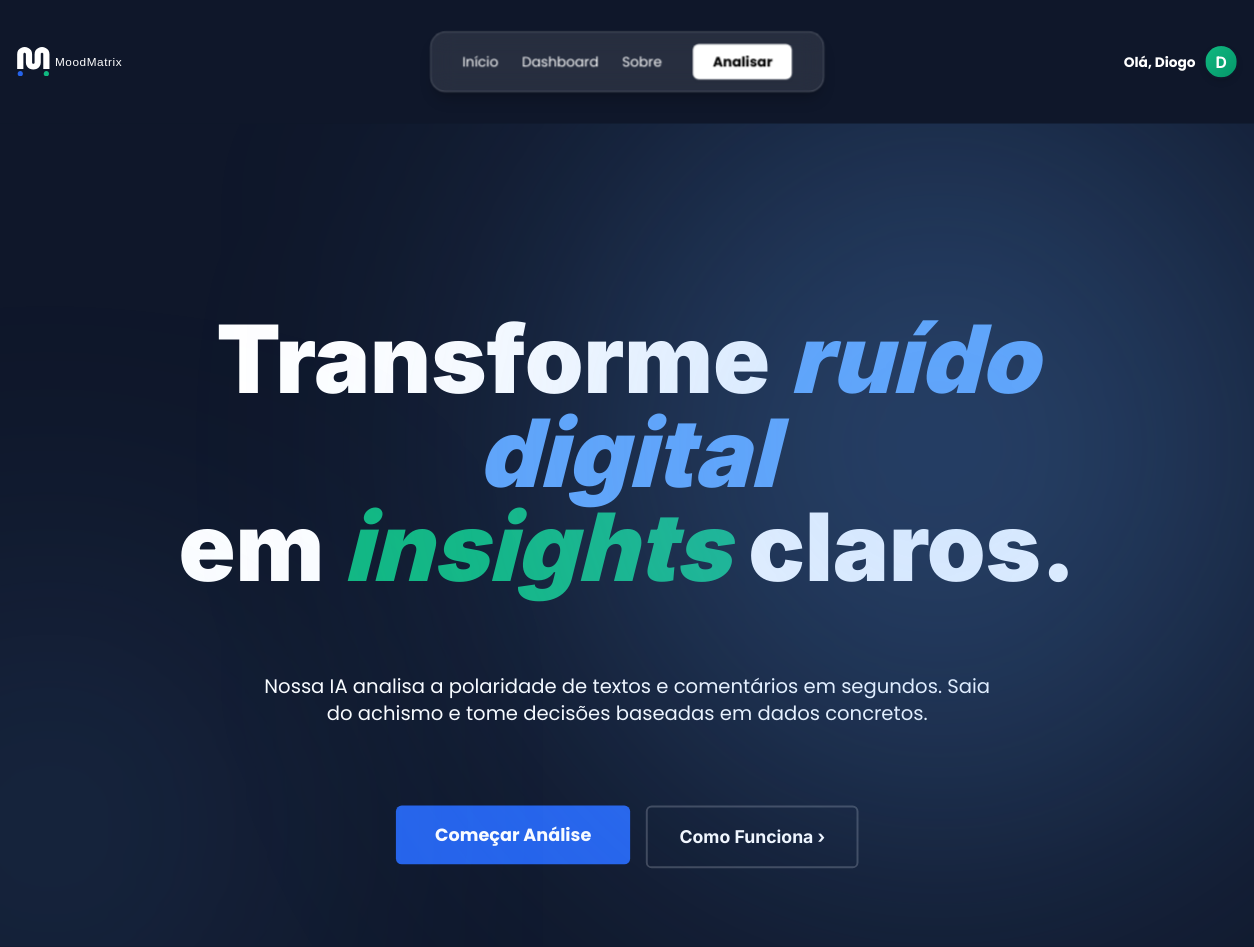
Repository: Hackaton-ONE/hackathon-Frontend
Page: /
An editor plug-in stored every save of this project. The page is shown before and after the next save, followed by the edit.
The browser window is 1280 px wide. The pictures show the whole page, at 98% of full size.
Some web fonts or font styles are not loaded; a fallback is used. The project was rebuilt for these pictures with package versions that can differ from the ones it lists, and the page was loaded fresh each time. The framework's server and built-in components were replaced by stand-ins that run in the browser. Also part of the build but not shown: next.config.ts.

Above is the page before, as saved 2026-01-02 10:24:58.

After the next save:
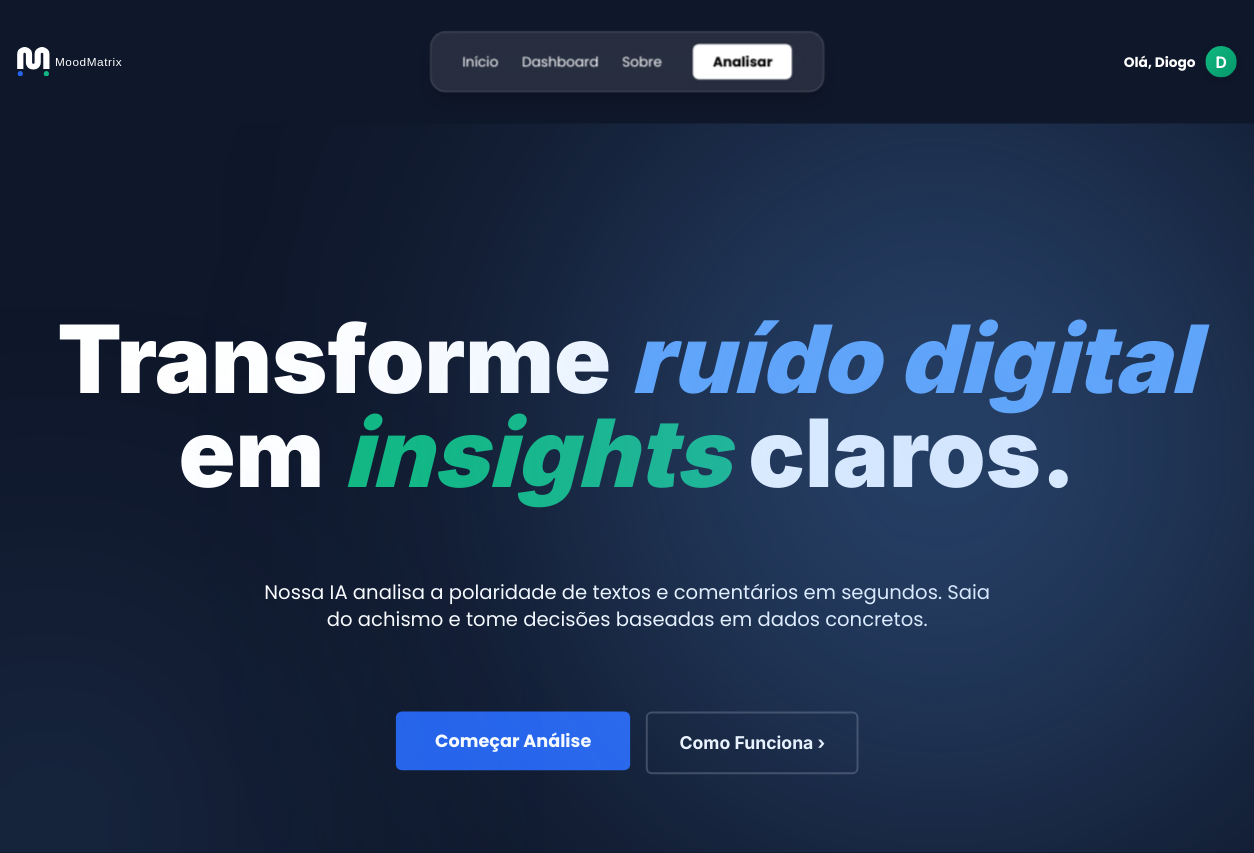
Saved 5 s later.
--- a/components/HeroSection.tsx
+++ b/components/HeroSection.tsx
@@ -58,7 +58,7 @@ export function HeroSection() {
       <div className="max-w-7xl mx-auto text-center flex flex-col items-center">
 
         {/* TÍTULO */}
-        <h1 className="font-inter font-black text-4xl md:text-6xl lg:text-7xl xl:text-8xl leading-tight text-white mb-8 lg:mb-20 max-w-6xl">
+        <h1 className="font-inter font-black text-4xl md:text-6xl lg:text-7xl xl:text-8xl leading-tight text-white mb-8 lg:mb-20 max-w-7xl">
           Transforme <span className="italic text-blue-light">ruído digital</span> <br className="hidden md:block" />
           em <span className="italic text-neon-green">insights</span> claros.
         </h1>
